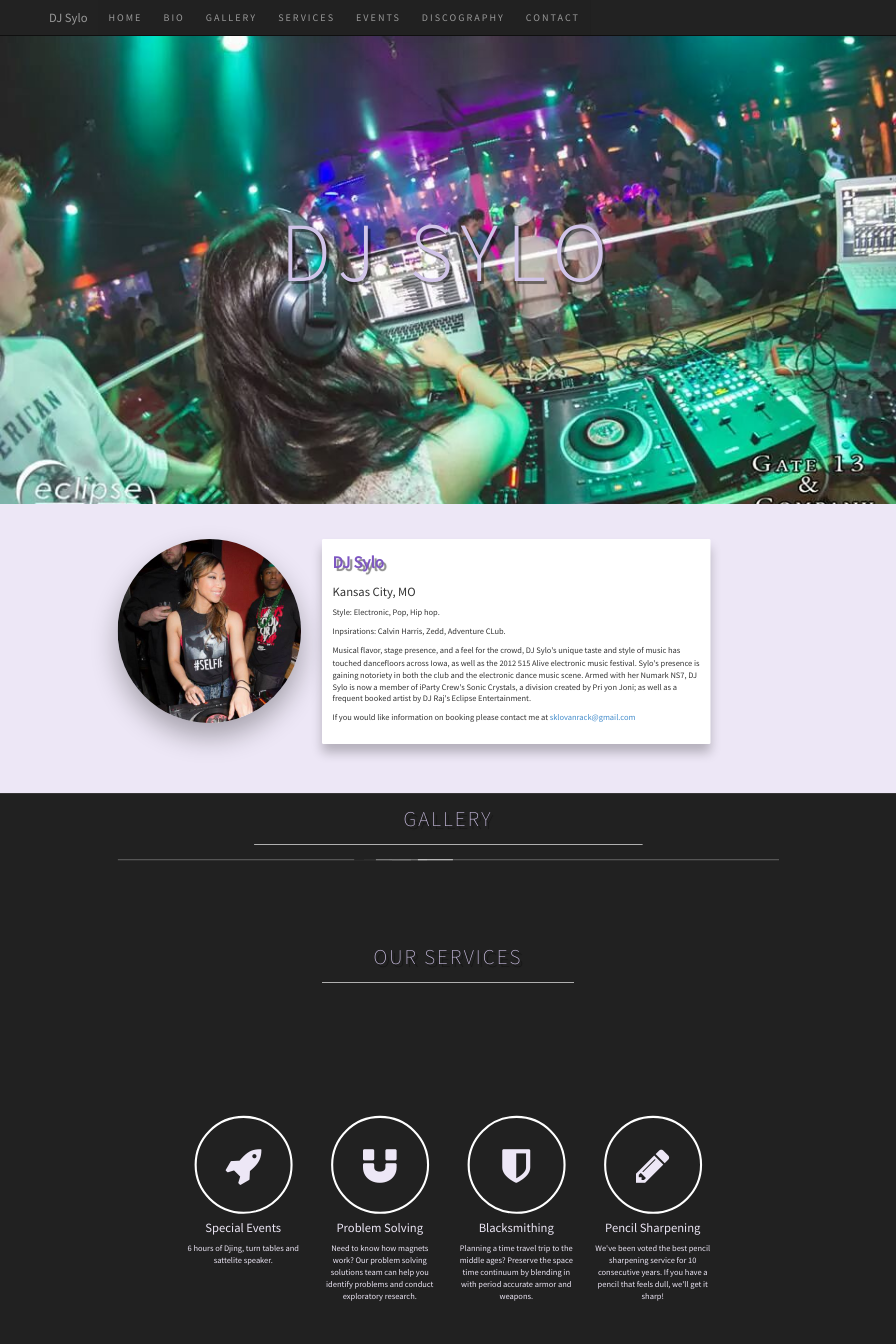
Repository: BambooXLotus/DjSylo
Page: client/index.html
The author's editor kept a record of every edit. The page is drawn from the files as they stood at one moment, then again after the next edit.
The browser window is 1280 px wide. The pictures show the part of the page from y = 0 to 1920 px (the page is 4049 px tall), at 70% of full size.
Pictures or frames that could not be fetched are drawn as grey boxes. Some icons come from a web library that is not loaded, so they are not drawn. Backgrounds fixed to the window are drawn as part of the page. Some web libraries are served in a nearby version.

Above is the page before.

### client/index.html
<!DOCTYPE html>
<html lang="en">

<head>
    <meta charset="utf-8">
    <meta name="viewport" content="width=device-width, initial-scale=1.0">
    <meta name="description" content="">
    <meta name="author" content="">
    <title>DJ Sylo</title>
    <!-- Bootstrap core CSS
        -->
    <link href="css/bootstrap.css" rel="stylesheet">
    <!-- Add custom CSS here -->
    <link href="css/stylish-portfolio.css" rel="stylesheet">
    <link href="//maxcdn.bootstrapcdn.com/font-awesome/4.1.0/css/font-awesome.min.css" rel="stylesheet">
    <link href="css/nanogallery.min.css" rel="stylesheet" type="text/css">
</head>

<body>
    <!-- Side Menu -->
    <nav class="navbar navbar-fixed-top navbar-inverse" role="navigation">
        <div class="container">
            <div class="navbar-header">
                <button type="button" class="navbar-toggle" data-toggle="collapse" data-target=".navbar-ex1-collapse">
                    <span class="sr-only">Toggle navigation</span>
                    <span class="icon-bar"></span>
                    <span class="icon-bar"></span>
                    <span class="icon-bar"></span>
                </button>
                <a id="responsive-text" class="navbar-brand" href="#top">DJ Sylo</a>
            </div>
            <!-- Collect the nav links, forms, and other content for toggling -->
            <div class="collapse navbar-collapse navbar-ex1-collapse">
                <ul class="nav navbar-nav">
                    <li>
                        <a href="#top">Home</a>
                    </li>
                    <li>
                        <a href="#about">Bio</a>
                    </li>
                    <li>
                        <a href="#gallery">Gallery</a>
                    </li>
                    <li>
                        <a href="#services">Services</a>
                    </li>
                    <li>
                        <a href="#portfolio">Events</a>
                    </li>
                    <li>
                        <a href="#portfolio">Discography</a>
                    </li>
                    <li>
                        <a href="#contact">Contact</a>
                    </li>
                </ul>
            </div>
            <!-- /.navbar-collapse -->
        </div>
        <!-- /.container -->
    </nav>
    <!-- /Side Menu -->
    <!-- Full Page Image Header Area -->
    <div id="top" class="header">
        <div class="vert-text">
            <div class="hero">
                <a href="#contact"><h1>DJ Sylo</h1></a>
            </div>
        </div>
    </div>
    <!-- /Full Page Image Header Area -->
    <!-- Intro -->
    <div id="about" class="about">
        <div class="container">
            <div class="row">
                <div class="col-md-3 col-md-offset-1">
                    <img class="img-circle img-responsive circle-shadow" src="img/portrait-sm.jpg">
                </div>
                <div class="col-md-6 col-xs-12">
                    <div class="panel panel-default dialog">
                        <div class="panel-heading">
                            <h3>DJ Sylo</h3>
                        </div>
                        <div class="panel-body">
                            <h4>Kansas City, MO</h4>
                            <p>Style: Electronic, Pop, Hip hop.</p>
                            <p>Inpsirations: Calvin Harris, Zedd, Adventure CLub.</p>
                            <p>Musical flavor, stage presence, and a feel for the crowd, DJ Sylo's unique taste and style of music has touched dancefloors across Iowa, as well as the 2012 515 Alive electronic music festival. Sylo's presence is gaining notoriety
                                in both the club and the electronic dance music scene. Armed with her Numark NS7, DJ Sylo is now a member of iParty Crew's Sonic Crystals, a division created by Pri yon Joni; as well as a frequent booked artist by DJ Raj's
                                Eclipse Entertainment.</p>
                            <p>If you would like information on booking please contact me at <a href="sklovanrack@gmail.com">sklovanrack@gmail.com</a>
                            </p>
                        </div>
                    </div>
                </div>
            </div>
        </div>
    </div>
    <!-- /Intro -->
    <!-- Gallery -->
    <div id="gallery" class="gallery">
        <div class="container">
            <div class="row">
                <div class="col-md-6 col-md-offset-3 text-center">
                    <h2>Gallery</h2>
                    <hr>
                </div>
            </div>
            <div class="row">
                <div class="col-md-10 col-md-offset-1 col-xs-12 text-center">
                    <div id="nanoGallery2"></div>
                </div>
            </div>
        </div>
    </div>
    <!-- /Gallery -->
    <!-- Services -->
    <div id="services" class="services">
        <div class="container">
            <div class="row">
                <div class="col-md-4 col-md-offset-4 text-center">
                    <h2>Our Services</h2>
                    <hr>
                </div>
            </div>
            <div class="row">
                <div class="col-md-offset-3 col-md-6">
                    <iframe width="100%" height="166" scrolling="no" frameborder="no" src="https://w.soundcloud.com/player/?url=https%3A//api.soundcloud.com/tracks/160960689&amp;color=ff5500&amp;auto_play=false&amp;hide_related=false&amp;show_comments=true&amp;show_user=true&amp;show_reposts=false"></iframe>
                </div>
            </div>
            <div class="row">
                <div class="col-md-2 col-md-offset-2 text-center">
                    <div class="service-item">
                        <i class="service-icon fa fa-rocket"></i>
                        <h4>Special Events</h4>
                        <p>6 hours of Djing, turn tables and sattelite speaker.</p>
                    </div>
                </div>
                <div class="col-md-2 text-center">
                    <div class="service-item">
                        <i class="service-icon fa fa-magnet"></i>
                        <h4>Problem Solving</h4>
                        <p>Need to know how magnets work? Our problem solving solutions team can help you identify problems and conduct exploratory research.</p>
                    </div>
                </div>
                <div class="col-md-2 text-center">
                    <div class="service-item">
                        <i class="service-icon fa fa-shield"></i>
                        <h4>Blacksmithing</h4>
                        <p>Planning a time travel trip to the middle ages? Preserve the space time continuum by blending in with period accurate armor and weapons.</p>
                    </div>
                </div>
                <div class="col-md-2 text-center">
                    <div class="service-item">
                        <i class="service-icon fa fa-pencil"></i>
                        <h4>Pencil Sharpening</h4>
                        <p>We've been voted the best pencil sharpening service for 10 consecutive years. If you have a pencil that feels dull, we'll get it sharp!</p>
                    </div>
                </div>
            </div>
        </div>
    </div>
    <!-- /Services -->
    <!-- Callout -->
    <div class="callout">
        <div class="vert-text">
            <h1>DJ Sylo</h1>
        </div>
    </div>
    <!-- /Callout -->
    <!-- Portfolio -->
    <div id="portfolio" class="portfolio">
        <div class="container">
            <div class="row">
                <div class="col-md-4 col-md-offset-4 text-center">
                    <h2>Events</h2>
                    <hr>
                </div>
            </div>
            <div class="row">
                <div class="col-md-5 col-md-offset-1">
                    <div class="panel card fixed-card">
                        <div class="card-heading">
                            <h3 class="panel-title">Joker's</h3>
                            <h4 class="panel-title stickyBottom">Des Moines - Iowa</h4>
                            <a href="https://www.facebook.com/jokersdsm">
                                <img class="img-portfolio img-responsive" src="img/Events/wompgiving2014.jpg">
                            </a>
                        </div>
                        <div class="panel-body">
                            <h4>November 26th Wednesday</h4>
                            <span>Bottomless Cup 9PM-12PM</span>
                            <span>$2 Bottles 9PM-12AM</span>
                            <span>$2 Tequila & Fireball all night</span>
                        </div>
                    </div>
                </div>
                <div class="col-md-5">
                    <div class="panel card fixed-card">
                        <div class="card-heading">
                            <h3 class="panel-title">Jokers</h3>
                            <h4 class="panel-title stickyBottom">Cedarfalls - Iowa</h4>
                            <img class="img-portfolio img-responsive" src="img/portfolio-2.jpg">
                        </div>
                        <div class="panel-body">
                            <h4>Dec 26th Wednesday</h4>
                            <h5>Cats Named Remmy Drink Free</h5>
                        </div>
                    </div>
                </div>
            </div>
            <div class="row">
                <div class="col-md-5 col-md-offset-1">
                    <div class="panel card fixed-card">
                        <div class="card-heading">
                            <h3 class="panel-title">Cafe Mood</h3>
                            <h4 class="panel-title stickyBottom">Ames - Iowa</h4>
                            <img class="img-portfolio img-responsive" src="img/portfolio-3.jpg">
                        </div>
                        <div class="panel-body">
                            <h4>Dec 26th Wednesday</h4>
                        </div>
                    </div>
                </div>
                <div class="col-md-5">
                    <div class="panel card fixed-card">
                        <div class="card-heading">
                            <h3 class="panel-title">Hotel</h3>
                            <h4 class="panel-title stickyBottom">Kansas City - Missouri</h4>
                            <img class="img-portfolio img-responsive" src="img/portfolio-4.jpg">
                        </div>
                        <div class="panel-body">
                            <h4>Dec 26th Wednesday</h4>
                            <h5>Located in the Power and Light district.</h5>
                        </div>
                    </div>
                </div>
            </div>
        </div>
    </div>
    <!-- /Portfolio -->
    <!-- Map -->
    <div id="contact">
        <div class="container">
            <div class="row">
                <div class="col-md-6 col-md-offset-3">
                    <h3>Contact</h3>
                    <hr>
                    <address>
                            <strong>Email:</strong>
                            <a href="mailto:#">sklovanrack@gmail.com</a>
                            <br>
                            <br>
                            <strong>Phone:</strong>(515) 329-2323</address>
                </div>
            </div>
            <div>
                <div class="col-md-6 col-md-offset-3 contact-form">
                    <form id="contact" method="post" class="form" role="form">
                        <div class="row">
                            <div class="col-xs-6 col-md-6 form-group">
                                <input class="form-control" id="name" name="name" placeholder="Name" type="text" />
                            </div>
                            <div class="col-xs-6 col-md-6 form-group">
                                <input class="form-control" id="email" name="email" placeholder="Email" type="email" required />
                            </div>
                        </div>
                        <textarea class="form-control" id="message" name="message" placeholder="Message" rows="5"></textarea>
                        <br />
                        <div class="row">
                            <div class="col-xs-12 col-md-12 form-group">
                                <button class="btn btn-primary pull-right" type="submit">Submit</button>
                            </div>
                        </div>
                    </form>
                </div>
            </div>
        </div>
    </div>
    <!-- /Map -->
    <!-- Footer -->
    <footer>
        <div class="container">
            <div class="row">
                <div class="col-md-6 col-md-offset-3 text-center">
                    <ul class="list-inline">
                        <li>
                            <a class="fa fa-facebook fa-3x" href="https://www.facebook.com/DJSyloSonicCrystals"></a>
                        </li>
                        <li>
                            <i class="fa fa-twitter fa-3x"></i>
                        </li>
                        <li>
                            <i class="fa fa-instagram fa-3x"></i>
                        </li>
                        <li>
                            <a class="fa fa-soundcloud fa-3x" href="https://soundcloud.com/bambooproduction/sets"></a>
                        </li>
                    </ul>
                    <div class="top-scroll">
                        <a href="#top"><i class="fa fa-circle-arrow-up scroll fa-4x"></i></a>
                    </div>
                    <hr>
                    <p>Copyright &copy; Bamboo Lotus 2014</p>
                </div>
            </div>
        </div>
    </footer>
    <!-- /Footer -->
    <!-- JavaScript -->
    <script src="js/jquery-1.10.2.js"></script>
    <script src="js/bootstrap.js"></script>
    <script src="js/jquery.fittext.js"></script>
    <!-- nanoGALLERY plugin files -->
    <script type="text/javascript" src="js/jquery.nanogallery.min.js"></script>
    <!-- Custom JavaScript for the Side Menu and Smooth Scrolling
        -->
    <script>
        $("#menu-close").click(function(e) {
            e.preventDefault();
            $("#sidebar-wrapper").toggleClass("active");
        });
    </script>
    <script>
        $("#menu-toggle").click(function(e) {
            e.preventDefault();
            $("#sidebar-wrapper").toggleClass("active");
        });
    </script>
    <script>
        $(function() {
            $('a[href*=#]:not([href=#])').click(function() {
                if (location.pathname.replace(/^\//, '') == this.pathname.replace(/^\//, '') || location.hostname == this.hostname) {

                    var target = $(this.hash);
                    target = target.length ? target : $('[name=' + this.hash.slice(1) + ']');
                    if (target.length) {
                        $('html,body').animate({
                            scrollTop: target.offset().top
                        }, 1000);
                        return false;
                    }
                }
            });

            $("#nanoGallery2").nanoGallery({
                thumbnailWidth: 'auto',
                thumbnailHeight: 200,
                userID: 'derensomsanith@gmail.com',
                kind: 'picasa',
                album: '6020738059883313137',
                colorSchemeViewer: 'light',
                thumbnailHoverEffect: [{
                    name: 'labelAppear75',
                    duration: 300
                }],
                thumbnailGutterWidth: 1,
                thumbnailGutterHeight: 1,
                i18n: {
                    thumbnailImageDescription: 'View Photo',
                    thumbnailAlbumDescription: 'Open Album'
                },
                thumbnailLabel: {
                    display: true,
                    position: 'overImageOnMiddle',
                    align: 'center'
                },
                photoSorting: 'random',
                lazyBuild: 'none',
                lazyBuildTreshold: 300
            });
        });

        (function(i, s, o, g, r, a, m) {
            i['GoogleAnalyticsObject'] = r;
            i[r] = i[r] || function() {
                (i[r].q = i[r].q || []).push(arguments)
            }, i[r].l = 1 * new Date();
            a = s.createElement(o),
                m = s.getElementsByTagName(o)[0];
            a.async = 1;
            a.src = g;
            m.parentNode.insertBefore(a, m)
        })(window, document, 'script', '//www.google-analytics.com/analytics.js', 'ga');

        ga('create', 'UA-56532059-1', 'auto');
        ga('send', 'pageview');
    </script>
</body>

</html>

Loaded but not shown: client/css/bootstrap.css (library); client/css/nanogallery.min.css (library); client/js/jquery-1.10.2.js (library); client/js/bootstrap.js (library); client/js/jquery.fittext.js (common file); client/js/jquery.nanogallery.min.js (library); client/css/stylish-portfolio.css (355 lines, source omitted)

After the next edit:
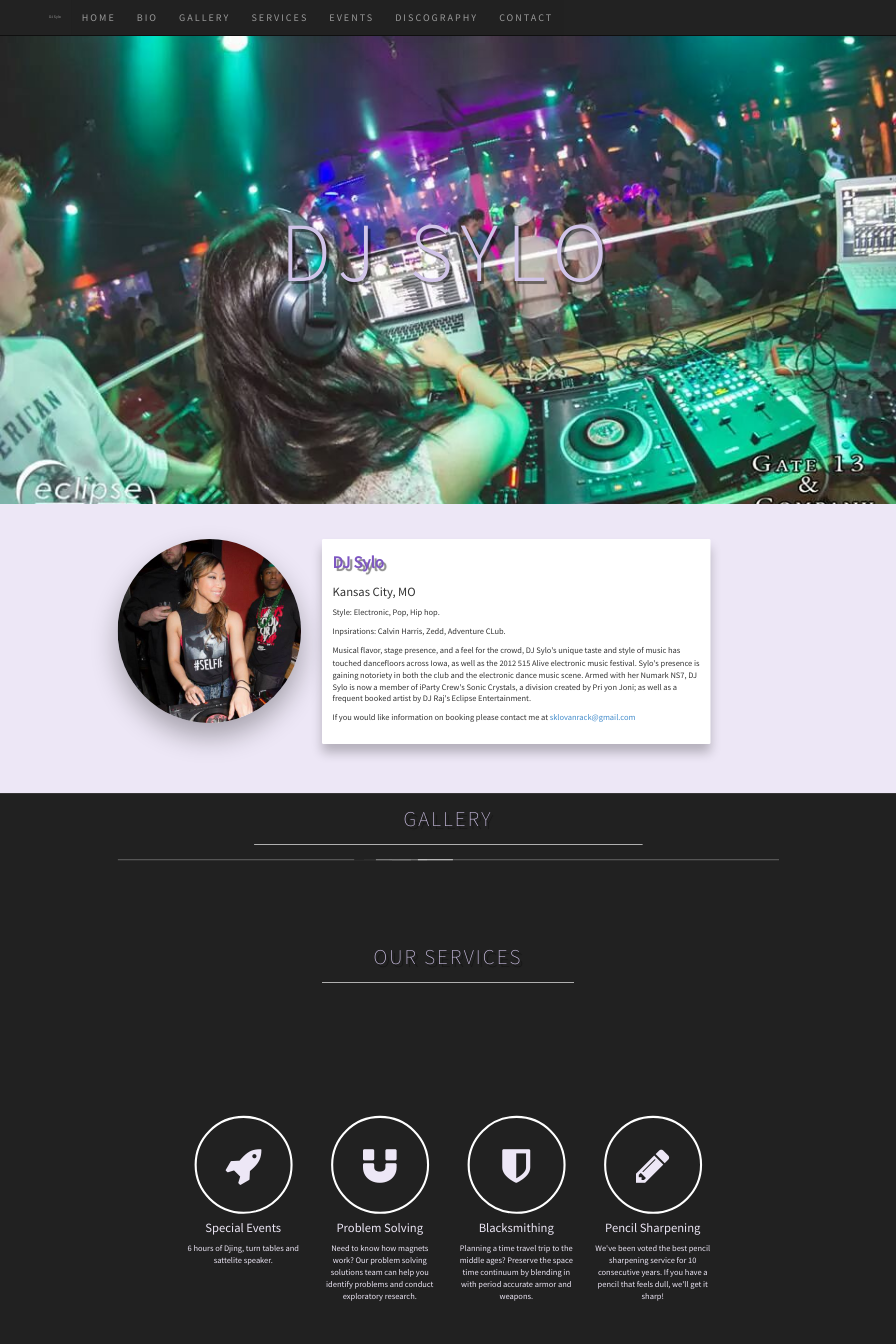
The edit:
--- a/client/index.html
+++ b/client/index.html
@@ -369,6 +369,8 @@
                 lazyBuild: 'none',
                 lazyBuildTreshold: 300
             });
+
+            $("#responsive-text").fitText();
         });
 
         (function(i, s, o, g, r, a, m) {

After the edit that followed:
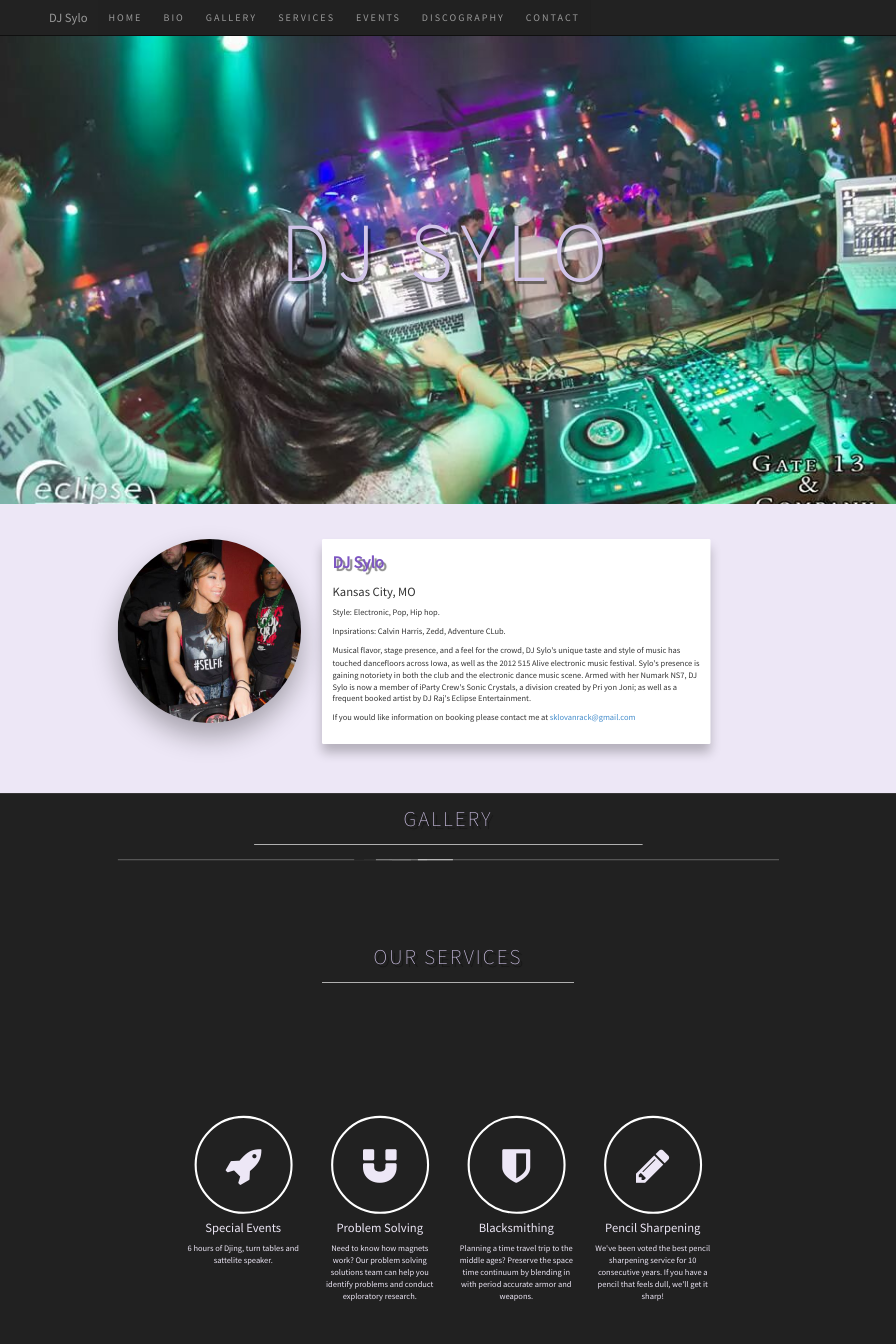
The edit:
--- a/client/index.html
+++ b/client/index.html
@@ -27,7 +27,7 @@
                     <span class="icon-bar"></span>
                     <span class="icon-bar"></span>
                 </button>
-                <a id="responsive-text" class="navbar-brand" href="#top">DJ Sylo</a>
+                <a class="navbar-brand" href="#top">DJ Sylo</a>
             </div>
             <!-- Collect the nav links, forms, and other content for toggling -->
             <div class="collapse navbar-collapse navbar-ex1-collapse">
